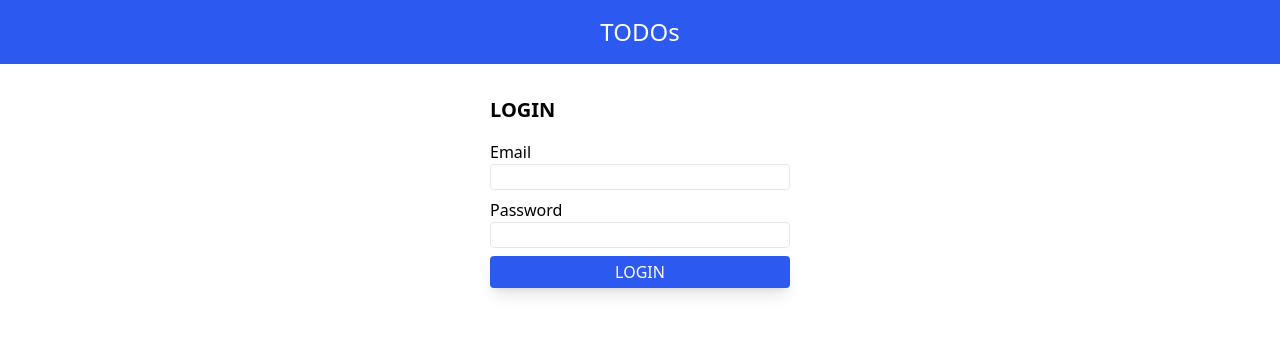
Repository: Jay-JYKim91/wanted-pre-onboarding-challenge-fe-1
Page: /auth
An editor plug-in stored every save of this project. The page is shown before and after the next save, followed by the edit.
The browser window is 1280 px wide. The pictures show the whole page.
The project was rebuilt for these pictures with package versions that can differ from the ones it lists, and the page was loaded fresh each time.

Above is the page before, as saved 2022-07-29 19:58:48.

### src/index.tsx
import React from "react"
import ReactDOM from "react-dom/client"
import "./index.css"
import App from "./App"
import { BrowserRouter } from "react-router-dom"

const root = ReactDOM.createRoot(document.getElementById("root") as HTMLElement)
root.render(
  <React.StrictMode>
    <BrowserRouter>
      <App />
    </BrowserRouter>
  </React.StrictMode>
)

### src/App.tsx
import React from "react"
import { Route, Routes } from "react-router-dom"
import Auth from "./page/Auth"

function App() {
  return (
    <div className="App">
      <header className="bg-primary-900 text-white text-center py-4 text-2xl">
        <span>TODOs</span>
      </header>
      <Routes>
        <Route path="/auth" element={<Auth />} />
      </Routes>
    </div>
  )
}

export default App

### src/page/Auth.tsx
import React from "react"

function Auth() {
  return (
    <div>
      <div className="max-w-[300px] m-auto my-8">
        <h1 className="font-bold text-xl">LOGIN</h1>
        <form className="my-4">
          <div className="flex flex-col mb-2">
            <label htmlFor="emailForLogin">Email</label>
            <input type="email" id="emailForLogin" className="border rounded" />
          </div>
          <div className="flex flex-col mb-2">
            <label htmlFor="passwordForLogin">Password</label>
            <input
              type="password"
              id="passwordForLogin"
              className="border rounded"
            />
          </div>
          <button
            type="button"
            className="w-full py-1 rounded bg-primary-900 text-white shadow-lg"
          >
            LOGIN
          </button>
        </form>
      </div>
    </div>
  )
}

export default Auth

### tailwind.config.js
/** @type {import('tailwindcss').Config} */
module.exports = {
  content: [
    "./src/**/*.{js,jsx,ts,tsx}",
  ],
  theme: {
    extend: {
      colors: {
        'primary': {
          100: '#47dfbc',
          500: '#428afe',
          900: '#2c5af1',
        }
      },
    },
  },
  plugins: [],
}

Loaded but not shown: public/index.html (common file); src/index.css (common file)

After the next save:
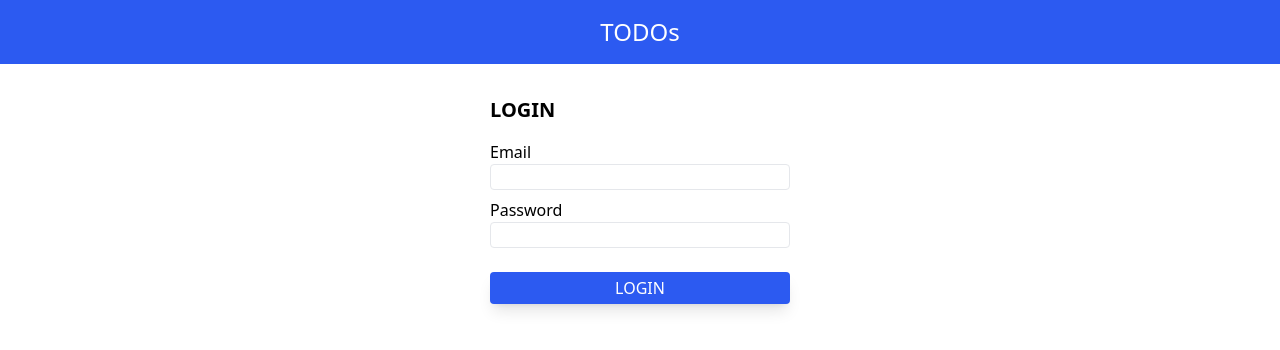
Saved 15 s later.
--- a/src/page/Auth.tsx
+++ b/src/page/Auth.tsx
@@ -20,7 +20,7 @@ function Auth() {
           </div>
           <button
             type="button"
-            className="w-full py-1 rounded bg-primary-900 text-white shadow-lg"
+            className="w-full py-1 my-4 rounded bg-primary-900 text-white shadow-lg"
           >
             LOGIN
           </button>
